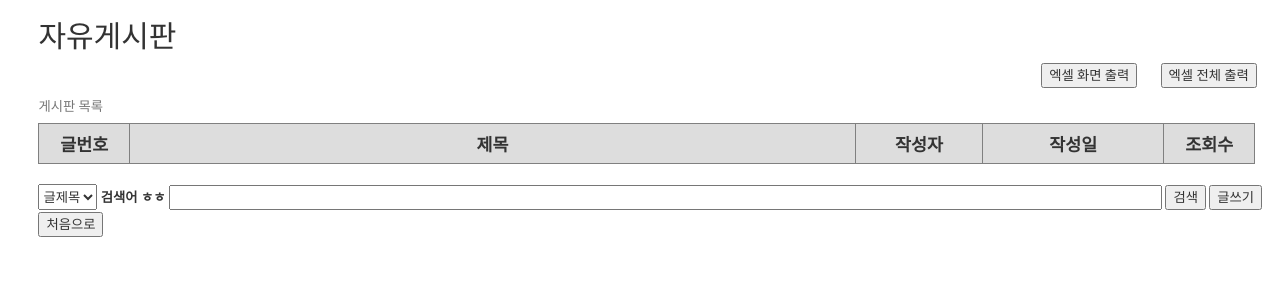
Repository: sser98/bowtech
Page: http://localhost/Board/WEB-INF/views/tiles1/board/list.jsp
These files come from the project's save history. The page is drawn as it stood at one moment and after the next save; the edit follows.
The browser window is 1280 px wide. The pictures show the whole page.
The page is served by Tomcat 9. Nobody is signed in. The template is opened directly, without the code that normally fills it, so the values that code supplies are empty.

Above is the page before, as saved 2021-03-09 09:23:13.

After the next save:
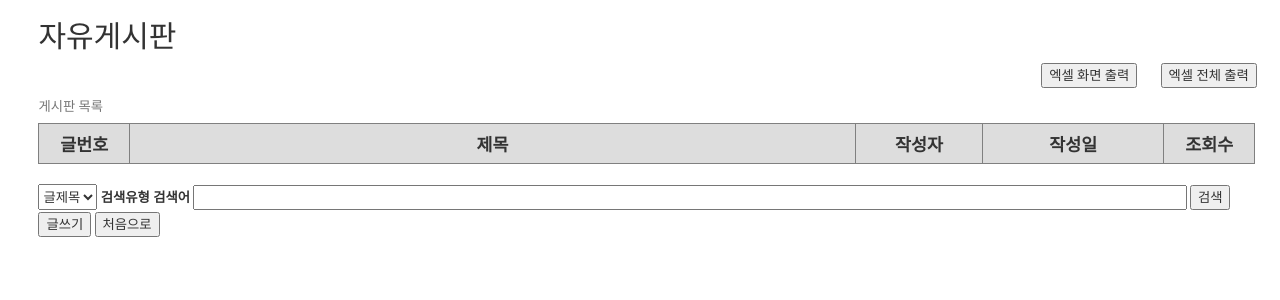
Saved 52 s later.
--- a/Board/src/main/webapp/WEB-INF/views/tiles1/board/list.jsp
+++ b/Board/src/main/webapp/WEB-INF/views/tiles1/board/list.jsp
@@ -386,8 +386,8 @@
          <option value="subject" title="글제목" selected>글제목</option>
          <option value="name" title="글쓴이" >글쓴이</option>
       </select>
-      <label for="searchType">검색어</label>
-      <label for="searchWord">ㅎㅎ</label>
+      <label for="searchType">검색유형</label>
+      <label for="searchWord">검색어</label>
       <input type="text" title="검색어 입력" name="searchWord" id="searchWord" size="40" autocomplete="off" />
       <input type="hidden" name="downLoadType" id="downLoadType"/>
       <button type="button" title="검색" onclick="goSearch();">검색</button>
